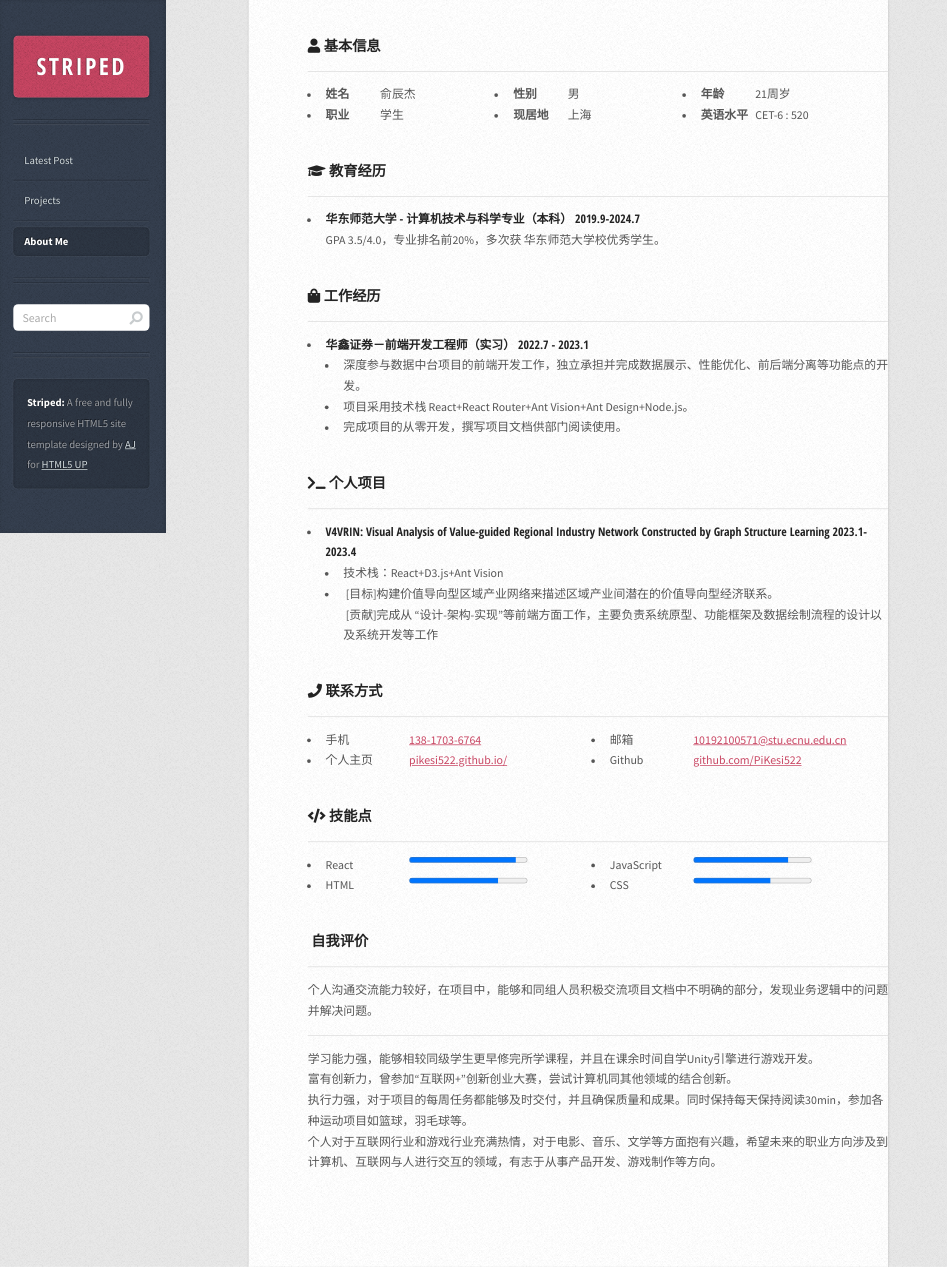
Repository: PiKesi522/PiKesi522.github.io
Page: about.html
These files come from the project's save history. The page is drawn as it stood at one moment and after the next save; the edit follows.
The browser window is 1280 px wide. The pictures show the whole page, at 74% of full size.

Above is the page before, as saved 2023-04-10 19:27:25.

### about.html
<!DOCTYPE HTML>
<!--
	Striped by HTML5 UP
	html5up.net | @ajlkn
	Free for personal and commercial use under the CCA 3.0 license (html5up.net/license)
-->
<html>

<head>
    <title>Striped by HTML5 UP</title>
    <meta charset="utf-8" />
    <meta name="viewport" content="width=device-width, initial-scale=1, user-scalable=no" />
    <link rel="stylesheet" href="assets/css/main.css" />
</head>

<body class="is-preload">

    <!-- Content -->
    <div id="content">
        <div class="inner">

            <article class="container">
                <section class="side" id="side">
                    <!-- 个人肖像 -->
                    <!-- <section class="me"> -->

                    <!-- <h6 class="name" style="font-size: 30px;">PiKesi</h6> -->
                    <!-- <section class="portrait"> -->
                    <!-- 头像照片 -->
                    <!-- <img class="avatar" src="assets/images/avatar.jpg" style="padding-top: 1vh; width: 300px;" onload="loading()"> -->
                    <!-- </section> -->

                    <!-- </section> -->

                    <!-- 基本信息 -->
                    <section class="profile info-unit">
                        <h2>
                            <i class="fa fa-user" aria-hidden="true"></i> 基本信息
                        </h2>
                        <hr />
                        <ul style="display: grid;grid-template-columns:repeat(3, 33%);">
                            <li>
                                <div>
                                    <label style="font-weight: 600;">姓名</label>
                                    <span>俞辰杰</span>
                                </div>
                            </li>
                            <li>
                                <div>
                                    <label style="font-weight: 600;">性别</label>
                                    <span>男</span>
                                </div>
                            </li>
                            <li>
                                <div>
                                    <label style="font-weight: 600;">年龄</label>
                                    <span>21周岁</span>
                                </div>
                            </li>
                            <li>
                                <div>
                                    <label style="font-weight: 600;">职业</label>
                                    <span>学生</span>
                                </div>
                            </li>
                            <li>
                                <div>
                                    <label style="font-weight: 600;">现居地</label>
                                    <span>上海</span>
                                </div>
                            </li>
                            <li>
                                <div>
                                    <label style="font-weight: 600;">英语水平</label>
                                    <span>CET-6 : 520</span>
                                </div>
                            </li>
                            <!-- <li>
                                        <label>计算机水平</label>
                                        <span>软考中级</span>
                                    </li> -->
                        </ul>
                    </section>


                    <!--
                    <section class="qrcode info-unit">
                        <h2><i class="fa fa-qrcode" aria-hidden="true"></i>二维码</h2>
                        <hr />
                        <img src="https://github.com/if2er/FeZaoDuKe-Collection/blob/master/ifeees.jpg?raw=true"
                            style="width: 100%;" alt="">
                    </section> -->

                    <!-- 技术栈 -->
                    <!-- <div class="stack info-unit">
                                    <h2><i class="fa fa-code" aria-hidden="true"></i>其他</h2>
                                    <hr/>
                                    <ul>
                                        <li>
                                            <label>前端</label>
                                            <span>React、jQuery、微信小程序、Bootstrap、SASS、LESS</span>
                                        </li>
                                        <li>
                                            <label>后端</label>
                                            <span>Node.js、MySQL、MongoDB、WordPress、ThinkPHP</span>
                                        </li>
                                        <li>
                                            <label>其他</label>
                                            <span>Git、SVN、Markdown</span>
                                        </li>
                                    </ul>
                                </div> -->
                </section>

                <section class="main">

                    <!-- 教育经历 -->
                    <section class="edu info-unit">
                        <h2>
                            <i class="fa fa-graduation-cap" aria-hidden="true"></i> 教育经历
                        </h2>
                        <hr />
                        <ul>
                            <!-- <li>
                                <h3>
                                    <span>华东师范大学 - 计算机技术与科学专业</span>
                                    <time>2019.9-2024.7</time>
                                </h3>
                                <p>GPA
                                    <mark>3.5/4.0</mark>，期间发表国际会议英文摘要X篇，国内核心期刊文章X篇（其中第一作者X篇），获XXX，XXX2次，XXX2次。(此处根据自身情况填写，可以突出自己的亮点，或者跟求职目标相关的内容)
                                </p>
                            </li> -->
                            <li>
                                <h3>
                                    <span>华东师范大学 - 计算机技术与科学专业（本科）</span>
                                    <time>2019.9-2024.7</time>
                                </h3>
                                <p>GPA
                                    <mark>3.5/4.0</mark>，专业排名前20%，多次获 华东师范大学校优秀学生。
                                </p>
                            </li>
                        </ul>
                    </section>

                    <!-- 工作经历 -->
                    <section class="work info-unit">
                        <h2>
                            <i class="fa fa-shopping-bag" aria-hidden="true"></i> 工作经历
                        </h2>
                        <hr />
                        <ul>
                            <li>
                                <h3>
                                    <span>华鑫证券－前端开发工程师（实习）</span>
                                    <time>2022.7 - 2023.1</time>
                                </h3>
                                <ul class="info-content">
                                    <li>深度参与数据中台项目的前端开发工作，独立承担并完成数据展示、性能优化、前后端分离等功能点的开发。
                                    </li>
                                    <li>
                                        项目采用技术栈
                                        <mark>React+React Router+Ant Vision+Ant Design+Node.js</mark>。
                                    </li>
                                    <li>完成项目的从零开发，撰写项目文档供部门阅读使用。
                                    </li>
                                </ul>
                            </li>
                            <!-- <li>
                                <h3>
                                    <span>[经历2]XX－前端开发工程师（实习）</span>
                                    <time>20XX.10 - 20XX.7</time>
                                </h3>
                                <ul class="info-content">
                                    <li>深度参与公司主线产品「XXXX」的前端开发工作，完成帖子快捷回复、
                                        <mark>全站图片懒加载</mark>、活动banner、帖子管理（使用Yii框架）等功能。项目采用技术栈phpWind+NAMP。
                                        <a href="http://itsay.tech/162/" target="_blank">
                                            <i class="fa fa-link" aria-hidden="true"></i>博客文章</a>。
                                    </li>
                                    <li>主要参与公司产品「XXXX」的前端开发工作，实现接入微博、微信、QQ等
                                        <mark>第三方账号登录</mark>等功能。项目采用技术栈WordPress+NAMP。
                                    </li>
                                    <li>活动页面的开发（七夕活动、抽奖活动以及承接外包页面）。</li>
                                    <li>论坛
                                        <mark>图片增量备份</mark>（CentOS+vsftpd+crontab）
                                        <a href="#" target="_blank">
                                            <i class="fa fa-link" aria-hidden="true"></i>博客文章</a>。
                                    </li>
                                </ul>
                            </li> -->
                        </ul>
                    </section>

                    <!-- 项目经验 -->
                    <section class="project info-unit">
                        <h2>
                            <i class="fa fa-terminal" aria-hidden="true"></i> 个人项目
                        </h2>
                        <hr />
                        <ul>
                            <li>
                                <h3>
                                    <span>V4VRIN: Visual Analysis of Value-guided Regional Industry Network Constructed
                                        by Graph Structure Learning</span>
                                    <span class="link">
                                        <!-- <a href="#" target="_blank">Demo</a> -->
                                    </span>
                                    <time>2023.1-2023.4</time>
                                </h3>
                                <ul class="info-content">
                                    <li>技术栈：React+D3.js+Ant Vision</li>
                                    <li>
                                        <i class="fa fa-paper-plane-o" aria-hidden="true"></i>
                                        [目标]构建价值导向型区域产业网络来描述区域产业间潜在的价值导向型经济联系。
                                        <br />
                                        <!-- <i class="fa fa-users" aria-hidden="true"></i>
                                        [团队]同 2 位同专业同学一起
                                        <br /> -->
                                        <i class="fa fa-paper-plane-o" aria-hidden="true"></i>
                                        [贡献]完成从
                                        <mark>“设计-架构-实现”</mark>等前端方面工作，主要负责系统原型、功能框架及数据绘制流程的设计以及系统开发等工作
                                        <br />
                                        <!-- <i class="fa fa-thumbs-o-up" aria-hidden="true"></i>
                                        [效果]作品最终取得第三届共享杯国家级竞赛“一等奖” （2/2000） -->
                                    </li>
                                </ul>
                            </li>
                            <!-- <li>
                                <h3>
                                    <span>[项目2]肿瘤流行病数据可视化</span>
                                    <span class="link">
                                        <a href="#" target="_blank">Demo</a>
                                    </span>
                                    <time>201X.X-201X.X</time>
                                </h3>
                                <ul class="info-content">
                                    <li>技术栈：HTML 5+D3.js+ECharts+MySQL</li>
                                    <li>
                                        <i class="fa fa-paper-plane-o" aria-hidden="true"></i>
                                        [目标]实现常见肿瘤流行病数据多维度可视化展示、数据透视及分析
                                        <br />
                                        <i class="fa fa-users" aria-hidden="true"></i>
                                        [团队]与 1 位同学
                                        <br />
                                        <i class="fa fa-bars" aria-hidden="true"></i>
                                        [贡献]分析项目需求，清洗并整理相关数据(扩展第三方知识组织系统和 Google trends 数据)，并用
                                        <mark>D3.js</mark> 和
                                        <mark>ECharts</mark> 进行图形化展示以及实现简易自动分析 功能
                                        <br />
                                        <i class="fa fa-thumbs-o-up" aria-hidden="true"></i>
                                        [效果]作品取得第二届共享杯国家级竞赛“特等奖”(1/1500)
                                    </li>
                                </ul>
                            </li>
                            <li>
                                <h3>
                                    <span>[项目3]肿瘤流行病数据可视化</span>
                                    <span class="link">
                                        <a href="#" target="_blank">Demo</a>
                                    </span>
                                    <time>201X.X-201X.X</time>
                                </h3>
                                <ul class="info-content">
                                    <li>技术栈：HTML 5+D3.js+ECharts+MySQL</li>
                                    <li>
                                        <i class="fa fa-paper-plane-o" aria-hidden="true"></i>
                                        [目标]实现常见肿瘤流行病数据多维度可视化展示、数据透视及分析
                                        <br />
                                        <i class="fa fa-users" aria-hidden="true"></i>
                                        [团队]与 1 位同学
                                        <br />
                                        <i class="fa fa-bars" aria-hidden="true"></i>
                                        [贡献]分析项目需求，清洗并整理相关数据(扩展第三方知识组织系统和 Google trends 数据)，并用
                                        <mark>D3.js</mark> 和
                                        <mark>ECharts</mark> 进行图形化展示以及实现简易自动分析功能
                                        <br />
                                        <i class="fa fa-thumbs-o-up" aria-hidden="true"></i>
                                        [效果]作品取得第二届共享杯国家级竞赛“特等奖”(1/1500)
                                    </li>
                                </ul>
                            </li>
                            <li>
                                <h3>
                                    <span>[项目4]肿瘤流行病数据可视化</span>
                                    <span class="link">
                                        <a href="#" target="_blank">Demo</a>
                                    </span>
                                    <time>201X.X-201X.X</time>
                                </h3>
                                <ul class="info-content">
                                    <li>技术栈：HTML 5+D3.js+ECharts+MySQL</li>
                                    <li>
                                        <i class="fa fa-paper-plane-o" aria-hidden="true"></i>
                                        [目标]实现常见肿瘤流行病数据多维度可视化展示、数据透视及分析
                                        <br />
                                        <i class="fa fa-users" aria-hidden="true"></i>
                                        [团队]与 1 位
                                        <br />
                                        <i class="fa fa-bars" aria-hidden="true"></i>
                                        [贡献]分析项目需求，清洗并整理相关数据(扩展第三方知识组织系统和 Google trends 数据)，并用
                                        <mark>D3.js</mark> 和
                                        <mark>ECharts</mark> 进行图形化展示以及实现简易自动分析 功能
                                        <br />
                                        <i class="fa fa-thumbs-o-up" aria-hidden="true"></i>
                                        [效果]作品取得第二届共享杯国家级竞赛“特等奖”(1/1500)
                                    </li>
                                </ul>
                            </li> -->

                        </ul>
                    </section>

                    <!-- 联系方式 -->
                    <section class="contact info-unit">
                        <h2>
                            <i class="fa fa-phone" aria-hidden="true"></i> 联系方式
                        </h2>
                        <hr />
                        <ul style="display: grid; grid-template-columns:repeat(2, 50%);">
                            <li>
                                <div>
                                    <label>手机</label>
                                    <a href="#" target="_blank">138-1703-6764</a>
                                </div>
                            </li>
                            <li>
                                <div>
                                    <label>邮箱</label>
                                    <a href="mailto:10192100571@stu.ecnu.edu.cn"
                                        target="_blank">10192100571@stu.ecnu.edu.cn</a>
                                </div>
                            </li>
                            <li>
                                <div>
                                    <label>个人主页</label>
                                    <a href="https://pikesi522.github.io/" target="_blank">pikesi522.github.io/</a>
                                </div>
                            </li>
                            <li>
                                <div>
                                    <label>Github</label>
                                    <a href="https://github.com/PiKesi522" target="_blank">github.com/PiKesi522</a>
                                </div>
                            </li>
                        </ul>
                    </section>

                    <!-- 技能点 -->
                    <section class="skill info-unit">
                        <h2>
                            <i class="fa fa-code" aria-hidden="true"></i> 技能点
                        </h2>
                        <hr />
                        <ul style="display: grid; grid-template-columns:repeat(2, 50%);">
                            <li>
                                <div style="display: grid; grid-template-columns: 30% 70%;">
                                    <label>React</label>
                                    <div>
                                        <progress value="90" max="100"></progress>
                                    </div>
                                </div>
                            </li>
                            <li>
                                <div style="display: grid; grid-template-columns: 30% 70%;">
                                    <label>JavaScript</label>
                                    <div>
                                        <progress value="80" max="100"></progress>
                                    </div>
                                </div>
                            </li>
                            <li>
                                <div style="display: grid; grid-template-columns: 30% 70%;">
                                    <label>HTML</label>
                                    <div>
                                        <progress value="75" max="100"></progress>
                                    </div>
                                </div>
                            </li>
                            <li>
                                <div style="display: grid; grid-template-columns: 30% 70%;">
                                    <label>CSS</label>
                                    <div>
                                        <progress value="65" max="100"></progress>
                                    </div>
                                </div>
                            </li>
                        </ul>
                    </section>

                    <!-- 自我评价 -->
                    <section class="work info-unit">
                        <h2>
                            <i class="fa fa-pencil" aria-hidden="true"></i> 自我评价
                        </h2>
                        <hr />
                        <p>
                            个人沟通交流能力较好，在项目中，能够和同组人员积极交流项目文档中不明确的部分，发现业务逻辑中的问题并解决问题。
                            <hr/>
                            学习能力强，能够相较同级学生更早修完所学课程，并且在课余时间自学Unity引擎进行游戏开发。
                            </br>
                            富有创新力，曾参加“互联网+”创新创业大赛，尝试计算机同其他领域的结合创新。
                            </br>
                            执行力强，对于项目的每周任务都能够及时交付，并且确保质量和成果。同时保持每天保持阅读30min，参加各种运动项目如篮球，羽毛球等。
                            </br>
                            个人对于互联网行业和游戏行业充满热情，对于电影、音乐、文学等方面抱有兴趣，希望未来的职业方向涉及到计算机、互联网与人进行交互的领域，有志于从事产品开发、游戏制作等方向。
                            <!-- <span class="mark-txt">“多静多思考，反省不张扬”</span>是我给自己总结的“十字箴言”，鞭策自己做人既不能以己度人，也不以人观己，要脚踏实地做事，坚持自己的梦想和本心。 -->
                        </p>
                    </section>
                </section>
            </article>

        </div>
    </div>

    <!-- Sidebar -->
    <div id="sidebar">

        <!-- Logo -->
        <h1 id="logo"><a href="#">STRIPED</a></h1>

        <!-- Nav -->
        <nav id="nav">
            <ul>
                <li><a href="index.html">Latest Post</a></li>
                <li><a href="projects.html">Projects</a></li>
                <li class="current"><a href="about.html">About Me</a></li>
                <!-- <li><a href="#">Contact Me</a></li> -->
            </ul>
        </nav>

        <!-- Search -->
        <section class="box search">
            <form method="post" action="#">
                <input type="text" class="text" name="search" placeholder="Search" />
            </form>
        </section>

        <!-- Text -->
        <section class="box text-style1">
            <div class="inner">
                <p>
                    <strong>Striped:</strong> A free and fully responsive HTML5 site
                    template designed by <a href="http://twitter.com/ajlkn">AJ</a> for <a
                        href="http://html5up.net/">HTML5 UP</a>
                </p>
            </div>
        </section>
    </div>

    <!-- Scripts -->
    <script src="assets/js/jquery.min.js"></script>
    <script src="assets/js/browser.min.js"></script>
    <script src="assets/js/breakpoints.min.js"></script>
    <script src="assets/js/util.js"></script>
    <script src="assets/js/main.js"></script>

</body>

</html>

Loaded but not shown: assets/js/jquery.min.js (library); assets/js/browser.min.js (common file); assets/js/breakpoints.min.js (common file); assets/css/fontawesome-all.min.css (library); assets/js/util.js (587 lines, source omitted); assets/css/main.css (3019 lines, source omitted); public/assets/js/main.js (no copy from this time; the picture is the same without it)

After the next save:
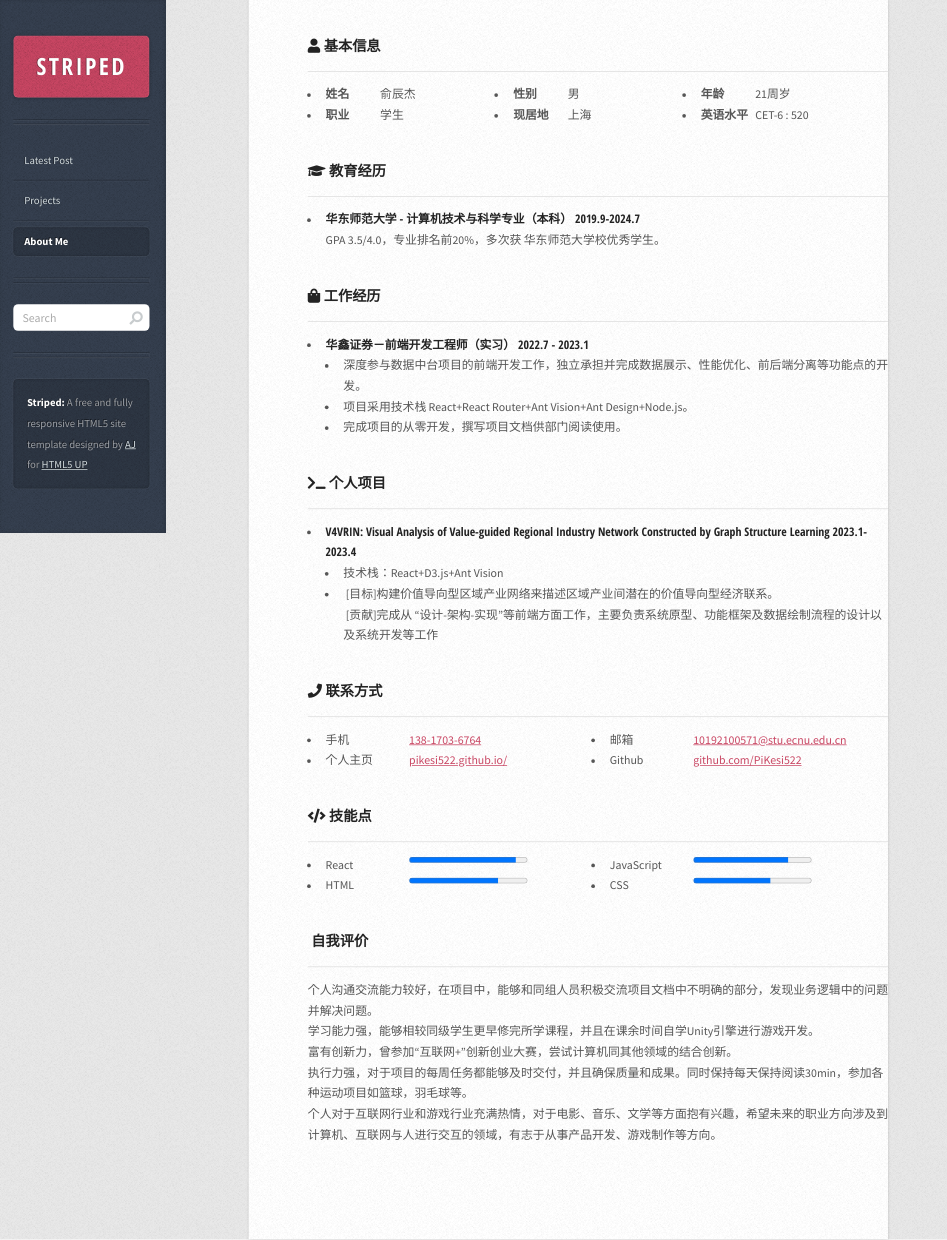
Saved 6 s later.
--- a/about.html
+++ b/about.html
@@ -394,7 +394,7 @@
                         <hr />
                         <p>
                             个人沟通交流能力较好，在项目中，能够和同组人员积极交流项目文档中不明确的部分，发现业务逻辑中的问题并解决问题。
-                            <hr/>
+                            <br/>
                             学习能力强，能够相较同级学生更早修完所学课程，并且在课余时间自学Unity引擎进行游戏开发。
                             </br>
                             富有创新力，曾参加“互联网+”创新创业大赛，尝试计算机同其他领域的结合创新。
